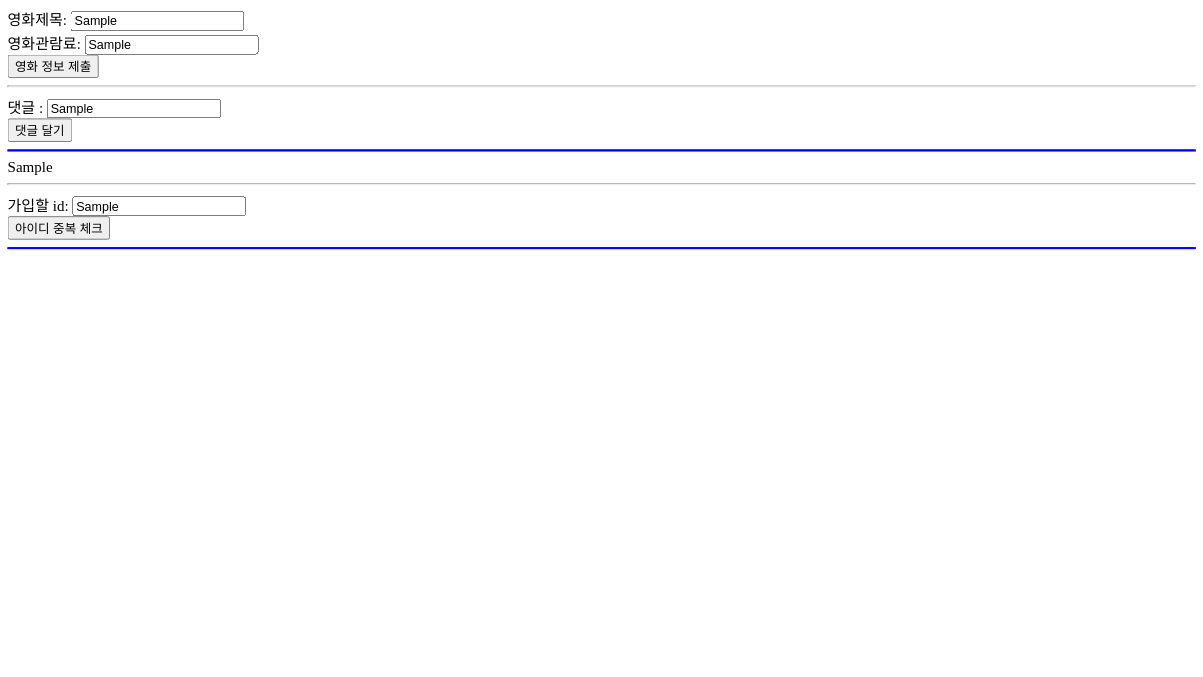
Repository: syshin0116/Himedia
Page: http://localhost/spring05/ajax4.jsp
These files come from the project's save history. The page is drawn as it stood at one moment and after the next save; the edit follows.
The browser window is 1280 px wide. The pictures show the whole page, at 94% of full size.
Empty fields were first filled with sample values (such as "Sample", 5 or name@example.com).
After loading, the first visible `#b2` was clicked once.
The page is served by Tomcat 9.

Above is the page before, as saved 2022-02-18 04:18:47.

After the next save:
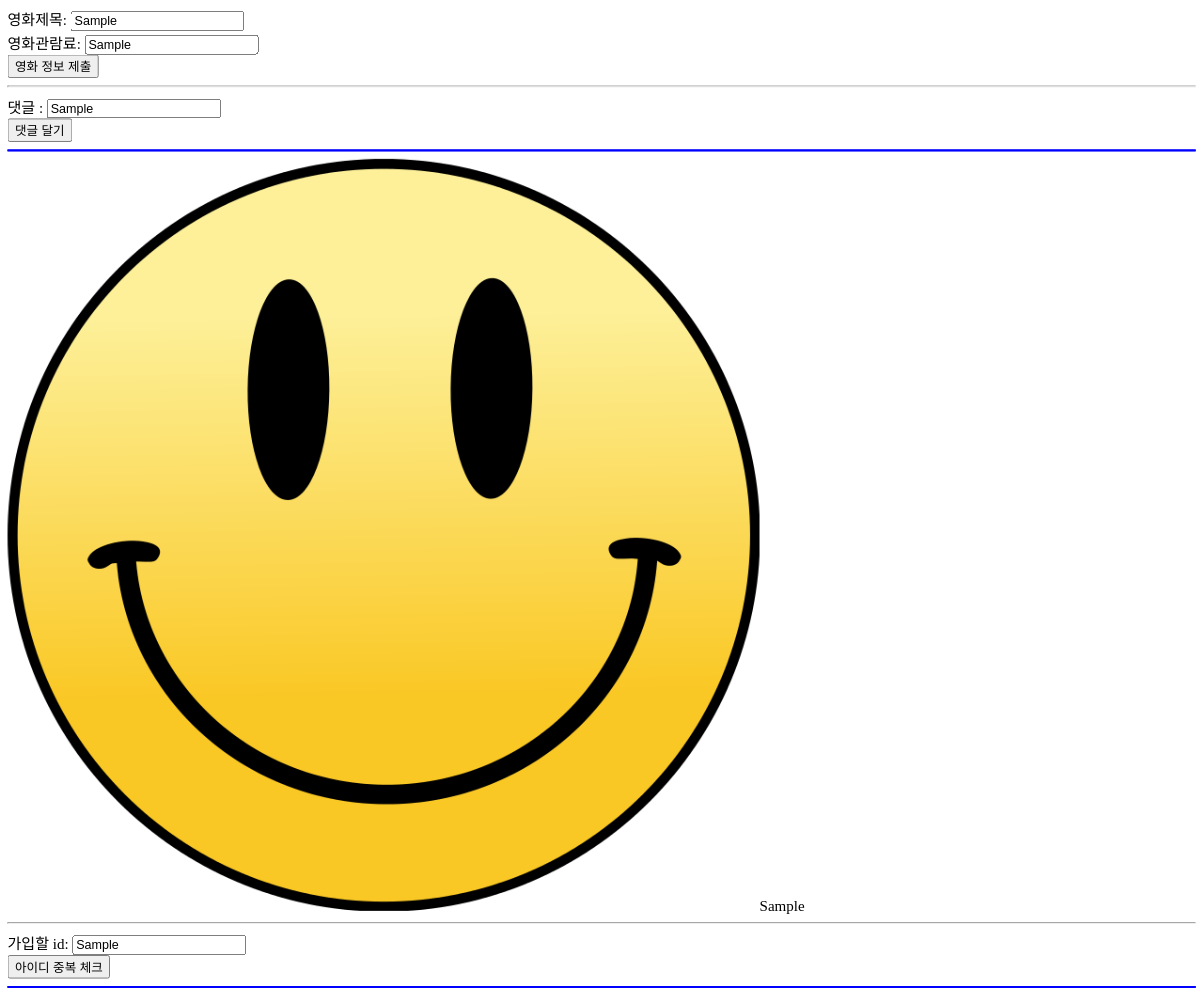
Saved 65 min 52 s later.
--- a/Java/-0218-master/spring05/src/main/webapp/ajax4.jsp
+++ b/Java/-0218-master/spring05/src/main/webapp/ajax4.jsp
@@ -39,6 +39,7 @@ $(function() { //dom(document object model) tree)
 			},
 			success: function(result) {
 				alert(result)
+				$('#d1').append("<img style='height=300px', 'width=300px' src='resources/img/smiley.png'>")
 				$('#d1').append(result + "<br>")
 			},
 			error: function() {
